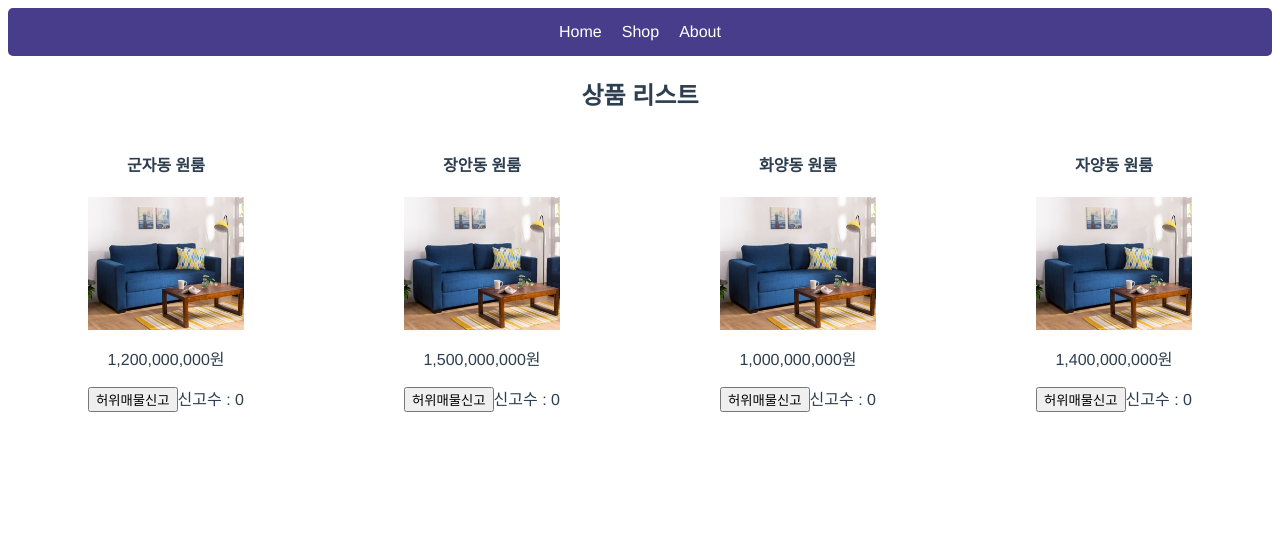
Repository: jy0813/Function
Page: / (app in function/)
The author's editor kept a copy of each file at every save. The page is drawn from the files as they stood at one save, then again after the next save.
The browser window is 1280 px wide. The pictures show the whole page.
The project was rebuilt for these pictures with package versions that can differ from the ones it lists, and the page was loaded fresh each time.

Above is the page before, as saved 2022-02-25 08:49:55.

After the next save:
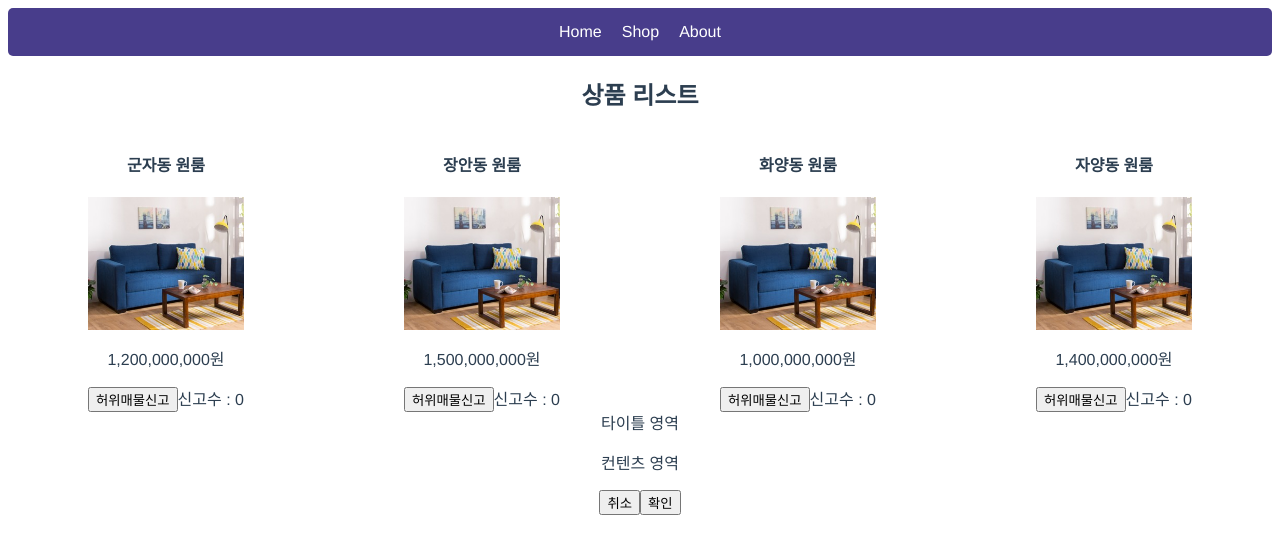
Saved 2 min 10 s later.
--- a/function/src/App.vue
+++ b/function/src/App.vue
@@ -22,6 +22,22 @@
       </section>
     </main>
   </div>
+  <div class="modal_wrap">
+    <div class="modal">
+        <div class="modal_head">
+            <p class="ttl">타이틀 영역</p>
+        </div>
+        <div class="modal_body">
+            <p class="txt">컨텐츠 영역</p>
+        </div>
+        <div class="modal_foot">
+            <div class="btn_area">
+                <button type="button" class="btn basic h_m">취소</button>
+                <button type="button" class="btn strong h_m">확인</button>
+            </div>
+        </div>
+    </div>
+</div>
 </template>
 
 <script>
